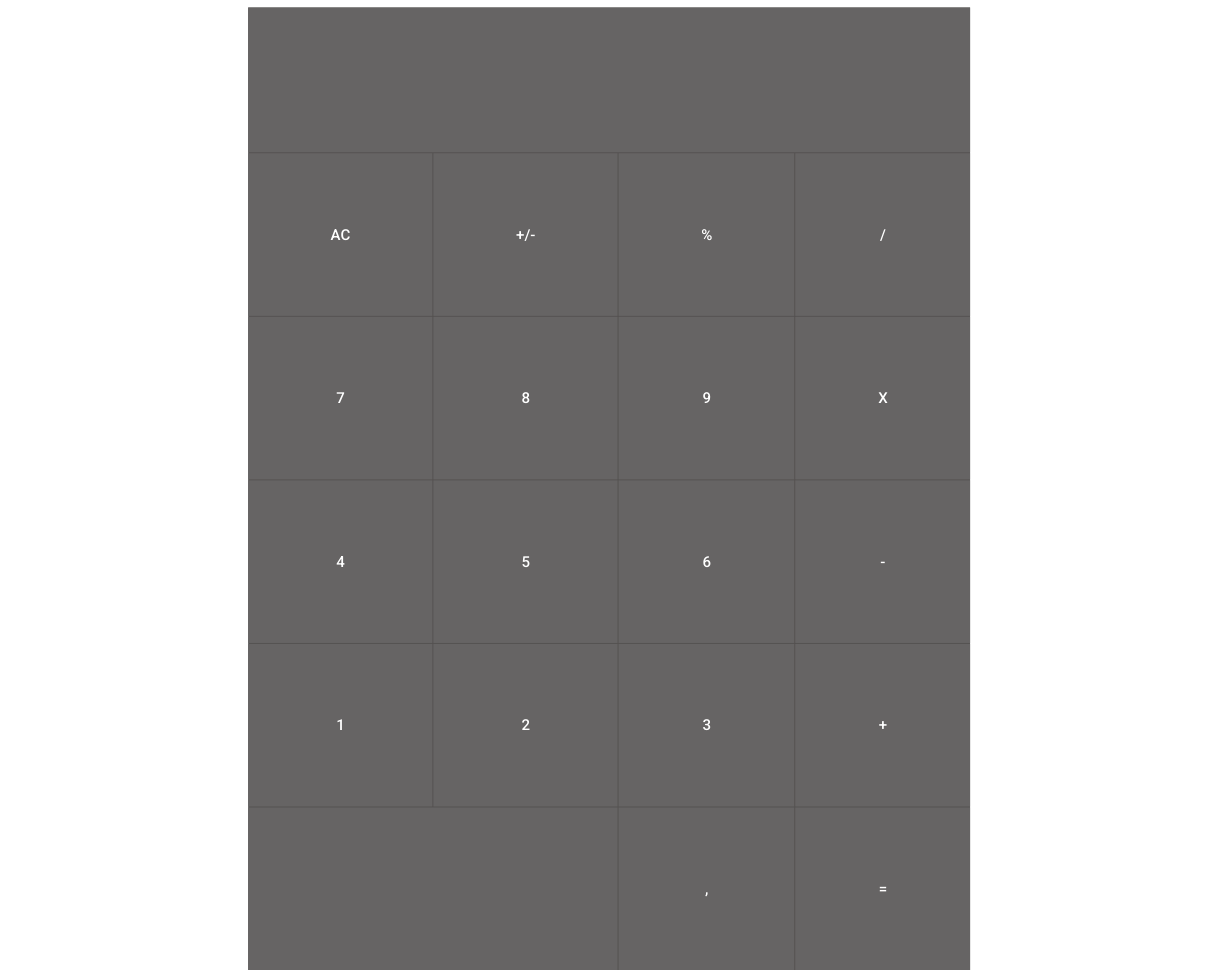
Repository: maciekto/calculatorOOP
Page: index.html
These files come from the project's save history. The page is drawn as it stood at one moment and after the next save; the edit follows.
The browser window is 1280 px wide. The page is 1288 px wide, so the pictures cover 1288 px, including what lies to the right of the window. The pictures show the whole page, at 94% of full size.

Above is the page before, as saved 2022-06-19 18:56:35.

### index.html
<!DOCTYPE html>
<html lang="en">
<head>
    <meta charset="UTF-8">
    <meta http-equiv="X-UA-Compatible" content="IE=edge">
    <meta name="viewport" content="width=device-width, initial-scale=1.0">
    <title>Document</title>
    <link rel="stylesheet" href="css.css">


</head>
<body>
    <main>
        <div class="Calc">
            <div class="Calc__result"></div>

            <div class="Calc__reset">
                AC
            </div>
            <div class="Calc__opposite">
                +/-
            </div>
            <div class="Calc__percentages">
                %
            </div>
            <div class="Calc__divide">
                /
            </div>

            <div class="Calc__7">7</div>
            <div class="Calc__8">8</div>
            <div class="Calc__9">9</div>
            <div class="Calc__multiply">
                X
            </div>

            <div class="Calc__4">4</div>
            <div class="Calc__5">5</div>
            <div class="Calc__6">6</div>
            <div class="Calc__substraction">
                -
            </div>

            <div class="Calc__1">1</div>
            <div class="Calc__2">2</div>
            <div class="Calc__3">3</div>
            <div class="Calc__addition">
                +
            </div>

            <div class="Calc__0"></div>
            <div class="Calc__comma">,</div>
            <div class="Calc__isequal">
                =
            </div>

        </div>
    </main>

    <script src="js.js"></script>
</body>
</html>

### css.css
@import url('https://fonts.googleapis.com/css2?family=Roboto:wght@400;500;700&display=swap');

* {
    font-family: 'Roboto', sans-serif;
    font-weight: 500;
    box-sizing: border-box;
}

main {
    width: 100vw;
    height: 100vh;
    display: grid;
    place-items: center;
}

.Calc {
    max-width: 60vw;
    width: 60vw;
    height: 80vw;
    background: #545150;
    color: white;
    display: grid;
    grid-template-areas:
    "result result result result"
    "reset opposite percentages divide"
    "seven eight nine multiply"
    "four five six substraction"
    "one two three addition"
    "zero zero comma isequal"
    ;
    grid-gap: 1px;
}
.Calc div {
    display: grid;
    place-items: center;
    background: #666464;
}
.Calc__result {
    grid-area: result;
    background: #545150;
}
.Calc__0 {
    grid-area: zero;
}

### js.js
console.log('siemano')

After the next save:
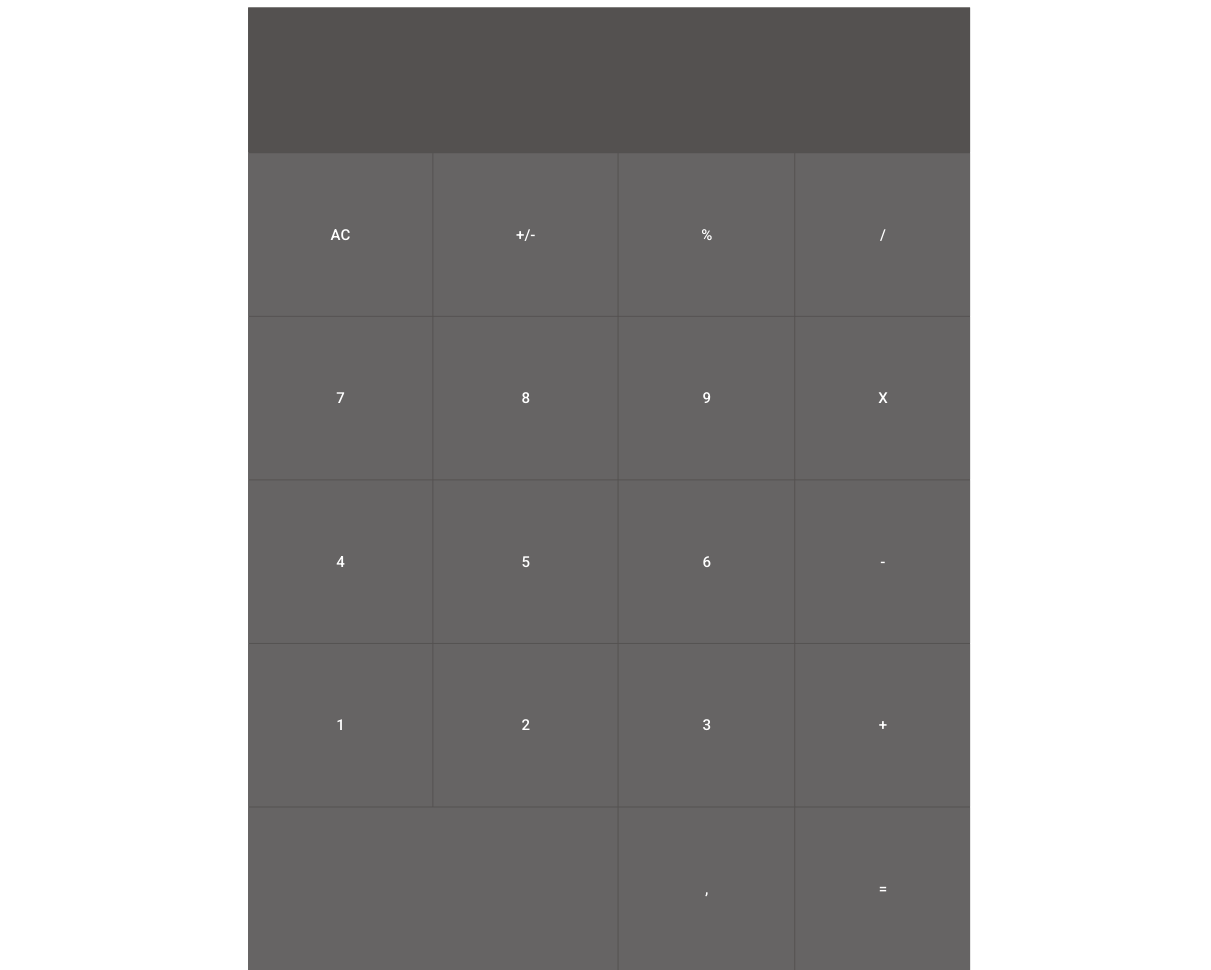
Saved 4 s later.
--- a/css.css
+++ b/css.css
@@ -37,7 +37,7 @@ main {
 }
 .Calc__result {
     grid-area: result;
-    background: #545150;
+    background: #545150 !important;
 }
 .Calc__0 {
     grid-area: zero;
